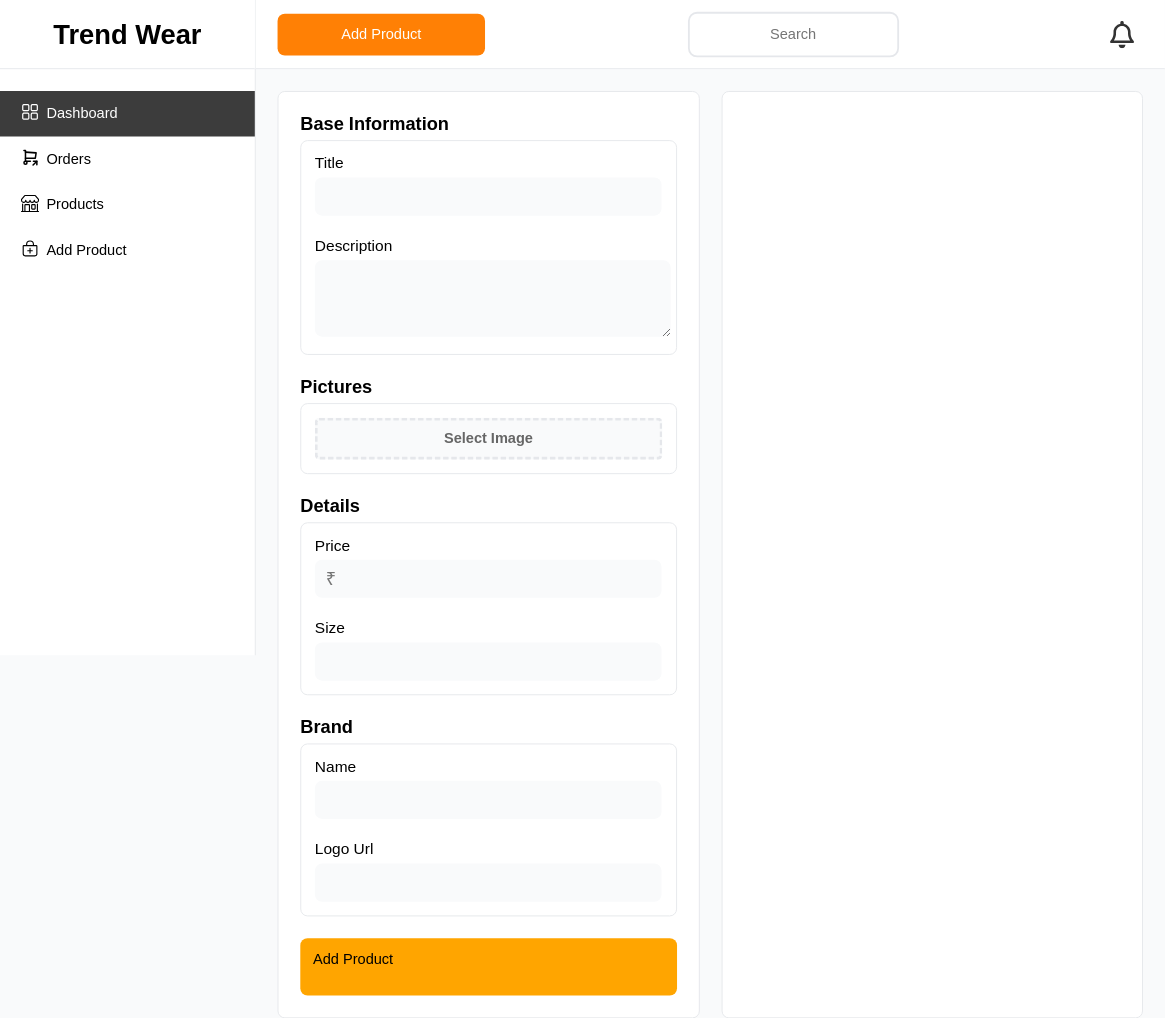
Repository: ahmad-dev7/TrendWear
Page: / (app in trend_wear_dashboard/)
The author's editor kept a copy of each file at every save. The page is drawn from the files as they stood at one save, then again after the next save.
The browser window is 1280 px wide. The pictures show the whole page, at 91% of full size.
The project was rebuilt for these pictures with package versions that can differ from the ones it lists, and the page was loaded fresh each time. Also part of the build but not shown: trend_wear_dashboard/vite.config.ts.

Above is the page before, as saved 2025-01-20 12:10:10.

### trend_wear_dashboard/index.html
<!doctype html>
<html lang="en">

<head>
  <meta charset="UTF-8" />
  <link rel="icon" type="image/svg+xml" href="/vite.svg" />
  <meta name="viewport" content="width=device-width, initial-scale=1.0" />
  <title>Trend Wear</title>
</head>

<body>
  <div id="root"></div>
  <script type="module" src="/src/main.tsx"></script>
</body>

</html>

### trend_wear_dashboard/src/main.tsx
import { StrictMode } from "react";
import { createRoot } from "react-dom/client";
//import "bootstrap/dist/css/bootstrap.css";
import "./App.css";
import App from "./App.tsx";

createRoot(document.getElementById("root")!).render(
  <StrictMode>
    <App />
  </StrictMode>
);

### trend_wear_dashboard/src/App.css
body {
    background-color: #F9FAFB;
    padding: 0;
    margin: 0;
    border-color: #e5e7eb;
    font-family: Arial, Helvetica, sans-serif;

}

#parent {
    display: flex;
}

### trend_wear_dashboard/src/App.tsx
import { useState } from "react";
import Body from "./Components/Body/Body";
import Navbar from "./Components/Navbar/Navbar";
import Sidebar from "./Components/Sidebar/Sidebar";
import AddProducts from "./Components/AddProduct/AddProduct";
//import Dashboard from "./Components/Dashboard/Dashboard";

function App() {
  const [body, setBody] = useState("Dashboard");

  console.log(body);

  return (
    <div id="parent">
      <Sidebar onSelectTab={setBody} />
      <div style={{ flex: 1 }}>
        <Navbar />
        <Body>
          <AddProducts />
        </Body>
      </div>
    </div>
  );
}

export default App;

### trend_wear_dashboard/src/Components/Body/Body.tsx
// Body.tsx
import "./Body.css";

interface Props {
  children: React.ReactNode;
}

const Body = ({ children }: Props) => {
  return <div id="body-content">{children}</div>;
};

export default Body;

### trend_wear_dashboard/src/Components/Navbar/Navbar.tsx
import "./Navbar.css";
import { FaRegBell } from "react-icons/fa6";

const Navbar = () => {
  return (
    <div>
      <div id="top-navbar">
        <div className="nav-item add-product-button">Add Product</div>
        <input className="nav-item" placeholder="Search" type="text" />
        <FaRegBell className="nav-item icon"></FaRegBell>
      </div>
    </div>
  );
};

export default Navbar;

### trend_wear_dashboard/src/Components/Sidebar/Sidebar.tsx
import "./Sidebar.css";
import { RxDashboard } from "react-icons/rx";
import { TbShoppingCartShare } from "react-icons/tb";
import { BsShop } from "react-icons/bs";
import { IoBagAddOutline } from "react-icons/io5";
import { useState } from "react";

interface Props {
  onSelectTab: (tab: string) => void;
}

interface Tabs {
  icon: JSX.Element;
  label: string;
}

const Sidebar = ({ onSelectTab }: Props) => {
  const tabs: Tabs[] = [
    { label: "Dashboard", icon: <RxDashboard size={20} /> },
    { label: "Orders", icon: <TbShoppingCartShare size={20} /> },
    { label: "Products", icon: <BsShop size={20} /> },
    { label: "Add Product", icon: <IoBagAddOutline size={20} /> },
  ];

  const [active, setTab] = useState("Dashboard");

  return (
    <div id="layout">
      <div id="sidebar">
        <div className="header">Trend Wear</div>
        <ul id="sidebar-content">
          {tabs.map((tab) => (
            <li
              key={tab.label}
              className={"tab " + (tab.label == active && "active")}
              onClick={() => {
                setTab(tab.label);
                onSelectTab(tab.label);
              }}
            >
              <div className="icon">{tab.icon}</div>
              <div className="label">{tab.label}</div>
            </li>
          ))}
        </ul>
      </div>
    </div>
  );
};

export default Sidebar;

### trend_wear_dashboard/src/Components/AddProduct/AddProduct.tsx
import "./AddProduct.css";
import ProductDetails from "./ProductDetails";
import ProductPreview from "./ProductPreview";
const AddProduct = () => {
  return (
    <div className="parent">
      <div className="child details-container">
        <ProductDetails />
      </div>

      <div className="child preview-container">
        <ProductPreview />
      </div>
    </div>
  );
};

export default AddProduct;

### trend_wear_dashboard/src/Components/Body/Body.css
#body-content {
    display: flex;
    flex-direction: column;
    margin: 24px;
    height: 100vh;
    width: calc(100% - 48px);
    box-sizing: border-box;
}

### trend_wear_dashboard/src/Components/Navbar/Navbar.css
#top-navbar {
    display: flex;
    justify-content: space-between;
    align-items: center;
    /* padding: 0 24px; */
    background-color: white;
    height: 75px;
    width: 100%;
    border-bottom: 1px solid #e5e7eb;
}

.nav-item {
    font-size: 16px;
    color: #333;
    text-align: center;
    width: 200px;
    border-radius: 8px;
    padding: 14px;
    text-decoration: none;
}

.add-product-button {
    color: white;
    margin-left: 24px;
    background-color: #ff8005;
}

#top-navbar input {
    border: none;
    outline: 2px solid #e5e7eb;
    flex-grow: 1;
    max-width: 200px;
}

#top-navbar .icon {
    height: 30px;
    width: 30px;
    margin-right: 24px;
}

### trend_wear_dashboard/src/Components/Sidebar/Sidebar.css
/* Sidebar.css */
#sidebar {
    background-color: white;
    width: 280px;
    height: 100vh;
    border-right: 1px solid #e5e7eb;
}

#sidebar .header {
    display: flex;
    justify-content: center;
    align-items: center;
    height: 75px;
    font-size: 30px;
    font-weight: bold;
    background-color: white;
    text-align: center;
    border-bottom: 1px solid #e5e7eb;
}

#sidebar-content {
    list-style-type: none;
    margin-top: 24px;
    padding: 0;
    cursor: pointer;
}

#sidebar-content .tab {
    height: 50px;
    color: black;
    display: flex;
    align-items: center;
    padding-left: 15px;
}

.icon {
    padding: 8px;
}

#sidebar-content .active {
    background-color: #3c3c3c;
    color: white;
}

#sidebar-content .tab:hover:not(.active) {
    background-color: #e5e7eb;
}

### trend_wear_dashboard/src/Components/AddProduct/AddProduct.css
/* AddProduct.css */
.parent {
    display: flex;
    width: 100%;
    gap: 24px;
    box-sizing: border-box;
}

.child {
    flex: 1;
    text-align: center;
    background-color: white;
    border: 1px solid #e5e7eb;
    border-radius: 8px;
}

.preview-container {
    height: 300px5
}

#submit-product-button {
    padding: 14px;
    height: 35px;
    background-color: orange;
    border-radius: 8px;
}

### trend_wear_dashboard/src/Components/AddProduct/ProductDetails.tsx
import "./ProductDetails.css";
import Spacer from "../../Constants/Spacer";
import DetailsSectionContainer from "../../Constants/ProductDetailSection/DetailsSectionContainer";
import LabeledInputField from "../../Constants/LabeledInputField/LabeledInputField";
import LabeledTextArea from "../../Constants/LabeledInputField/LabeledTextarea";
import AddImage from "../../Constants/AddImage/AddImage";

const ProductDetails = () => {
  return (
    <>
      <div className="product-detail-container">
        <DetailsSectionContainer heading="Base Information">
          <LabeledInputField>Title</LabeledInputField>
          <Spacer height="24px" />
          <LabeledTextArea>Description</LabeledTextArea>
        </DetailsSectionContainer>
        <Spacer height="24px" />

        <DetailsSectionContainer heading="Pictures">
          <AddImage />
        </DetailsSectionContainer>
        <Spacer height="24px" />
        <DetailsSectionContainer heading="Details">
          <LabeledInputField placeHolder="₹">Price</LabeledInputField>
          <Spacer height="24px" />
          <LabeledInputField>Size</LabeledInputField>
        </DetailsSectionContainer>

        <Spacer height="24px" />
        <DetailsSectionContainer heading="Brand">
          <LabeledInputField>Name</LabeledInputField>
          <Spacer height="24px" />
          <LabeledInputField>Logo Url</LabeledInputField>
        </DetailsSectionContainer>
        <Spacer height="24px" />
        <div id="submit-product-button">Add Product</div>
      </div>
    </>
  );
};

export default ProductDetails;

### trend_wear_dashboard/src/Components/AddProduct/ProductPreview.tsx
const ProductPreview = () => {
  return <div> </div>;
};

export default ProductPreview;

### trend_wear_dashboard/src/Components/AddProduct/ProductDetails.css
.product-detail-container {
    margin: 0px;
    padding: 24px;
    text-align: start;
}

/* Parent container to hold the items in a row */
.picture-container-parent {
    display: flex;
    /* Enable flexbox */
    justify-content: space-between;
    /* Optional: space between items, adjust as needed */
    gap: 16px;
    /* Optional: adds space between items */
}

/* Style for each img-container */
.img-container {
    flex: 1;
    /* Adjust width as needed */
    height: 100px;
    /* Adjust height as needed */
    background-color: #e5e7eb;
    /* Optional: background color */
    border-radius: 8px;
    display: flex;
    align-items: center;
    text-align: center;
    justify-content: center;
}

.picture-container-parent .add-more {
    border: dashed 2px #e5e7eb;

}

### trend_wear_dashboard/src/Constants/Spacer.tsx
interface Props {
  height?: string;
  width?: string;
}

const Spacer = ({ height = "0px", width = "0px" }: Props) => {
  return <div style={{ height: height, width: width }}></div>;
};

export default Spacer;

### trend_wear_dashboard/src/Constants/ProductDetailSection/DetailsSectionContainer.tsx
import "./ProductDetailSection.css";

interface Props {
  children: React.ReactNode;
  heading: string;
}

const DetailsSectionContainer = ({ children, heading }: Props) => {
  return (
    <>
      <p id="details-section-container-heading">{heading}</p>
      <div id="details-section-container">{children}</div>
    </>
  );
};

export default DetailsSectionContainer;

### trend_wear_dashboard/src/Constants/LabeledInputField/LabeledInputField.tsx
import "./LabeledInputField.css";
interface Props {
  children: React.ReactNode;
  placeHolder?: string;
}

const LabeledInputField = ({ placeHolder, children }: Props) => {
  return (
    <>
      <p id="input-field-label">{children}</p>

      <input placeholder={placeHolder} id="input-field" type="text" />
    </>
  );
};

export default LabeledInputField;

### trend_wear_dashboard/src/Constants/LabeledInputField/LabeledTextarea.tsx
interface Props {
  children: React.ReactNode;
}

const LabeledTextArea = ({ children }: Props) => {
  return (
    <>
      <p id="input-field-label">{children}</p>
      <textarea id="input-field-textarea" />
    </>
  );
};

export default LabeledTextArea;

### trend_wear_dashboard/src/Constants/AddImage/AddImage.tsx
import React, { useState } from "react";

interface ImagePreview {
  id: string;
  url: string;
}

const AddImage: React.FC = () => {
  const [images, setImages] = useState<ImagePreview[]>([]);

  const handleImageChange = (e: React.ChangeEvent<HTMLInputElement>) => {
    const files = e.target.files;
    if (!files) return;

    const newImages: ImagePreview[] = Array.from(files).map((file) => ({
      id: URL.createObjectURL(file), // Temporary unique identifier
      url: URL.createObjectURL(file),
    }));

    setImages((prevImages) => [...prevImages, ...newImages]);
  };

  const handleRemoveImage = (id: string) => {
    setImages((prevImages) => prevImages.filter((image) => image.id !== id));
  };

  return (
    <div className="picture-container-parent" style={styles.parent}>
      {images.map((image) => (
        <div key={image.id} style={styles.previewContainer}>
          <img src={image.url} alt="preview" style={styles.imagePreview} />
          <button
            onClick={() => handleRemoveImage(image.id)}
            style={styles.removeButton}
          >
            ✕
          </button>
        </div>
      ))}
      <div style={styles.inputContainer}>
        <label style={styles.inputLabel}>
          Select Image
          <input
            type="file"
            accept="image/*"
            multiple
            onChange={handleImageChange}
            style={styles.input}
          />
        </label>
      </div>
    </div>
  );
};

const styles = {
  parent: {
    display: "flex",
    flexWrap: "wrap",
    gap: "10px", // Gap between the items
    alignItems: "center",
    justifyContent: "flex-start", // Align items to the start of the row
  },
  inputContainer: {
    width: "100%",
    height: "40px",
    backgroundColor: "#F9FAFB",
    border: "3px dashed #e5e7eb",
    borderRadius: "5px",
    display: "flex",
    justifyContent: "center",
    alignItems: "center",
    cursor: "pointer",
    position: "relative",
  },
  inputLabel: {
    width: "100%",
    height: "100%",
    display: "flex",
    justifyContent: "center",
    alignItems: "center",
    color: "#666",
    fontWeight: "bold",
  },
  input: {
    position: "absolute",
    opacity: 0,
    width: "100%",
    height: "100%",
    cursor: "pointer",
  },
  previewContainer: {
    position: "relative",
    width: "90px",
    height: "50px",
  },
  imagePreview: {
    width: "100%",
    height: "100%",
    objectFit: "cover",
    borderRadius: "5px",
    border: "1px solid #ccc",
  },
  removeButton: {
    position: "absolute",
    top: "-5px",
    right: "-5px",
    background: "#f00",
    color: "#fff",
    border: "none",
    borderRadius: "50%",
    width: "20px",
    height: "20px",
    cursor: "pointer",
    fontSize: "12px",
    display: "flex",
    justifyContent: "center",
    alignItems: "center",
  },
} as const;

export default AddImage;

### trend_wear_dashboard/src/Constants/ProductDetailSection/ProductDetailSection.css
#details-section-container-heading {
    margin: 0px;
    margin-bottom: 6px;
    font-size: 20px;
    font-weight: 700;
}

#details-section-container {
    border: 1px solid #e5e7eb;
    padding: 15px;
    background-color: white;
    border-radius: 8px;
}

### trend_wear_dashboard/src/Constants/LabeledInputField/LabeledInputField.css
#input-field-label {
    margin: 0px;
    font-size: 17px;
    font-weight: 500;
    margin-bottom: 5px;
}

#input-field,
#input-field-textarea {
    border: none;
    outline: none;
    width: calc(100% - 15px);
    height: 40px;
    font-size: 20px;
    border-radius: 8px;
    padding-left: 12px;
    background-color: #F9FAFB;
}

#input-field-textarea {
    height: 60px;
    padding: 12px;
}

After the next save:
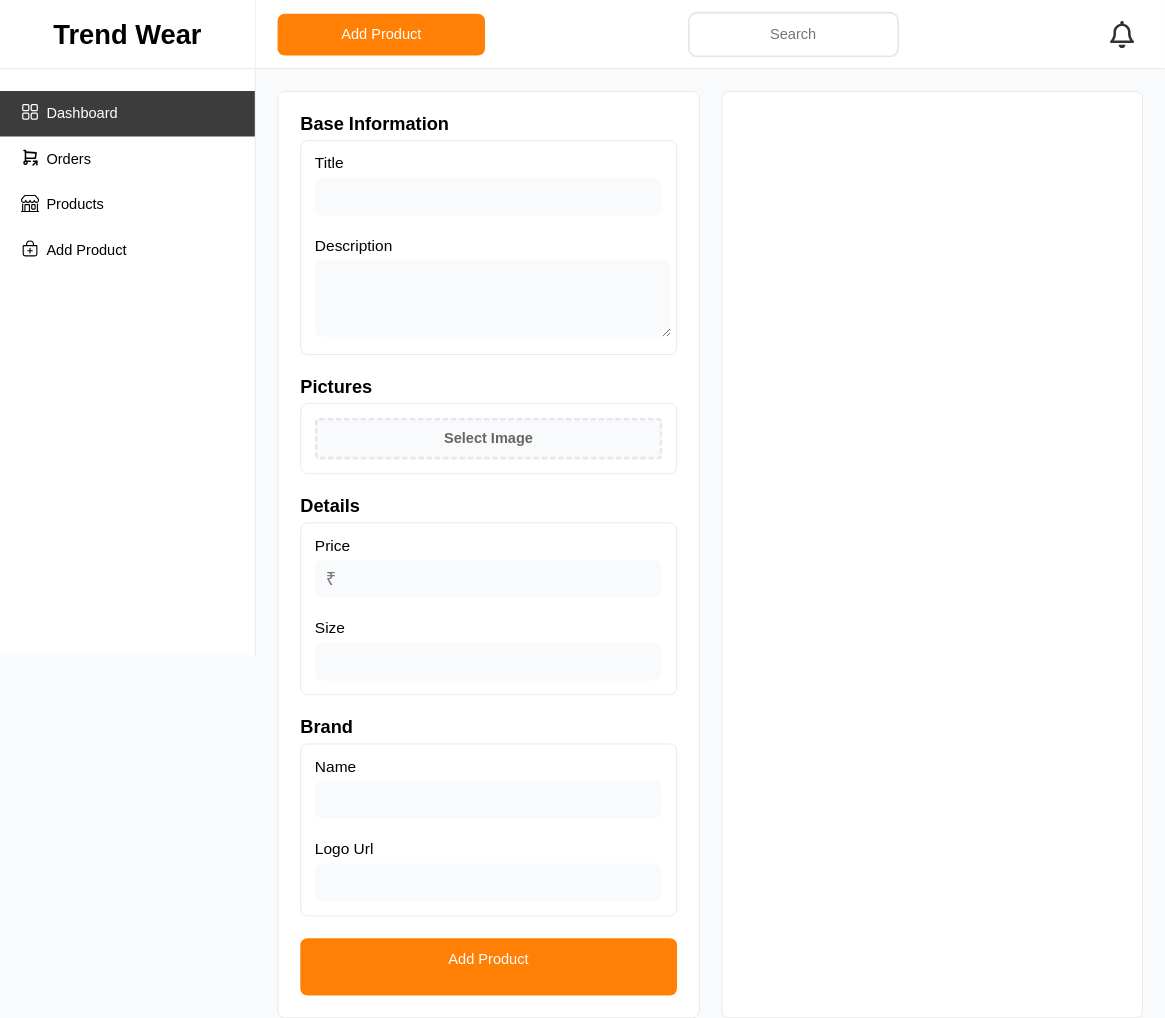
Saved 44 s later.
--- a/trend_wear_dashboard/src/Components/AddProduct/AddProduct.css
+++ b/trend_wear_dashboard/src/Components/AddProduct/AddProduct.css
@@ -21,6 +21,8 @@
 #submit-product-button {
     padding: 14px;
     height: 35px;
-    background-color: orange;
+    background-color: #ff8005;
+    text-align: center;
+    color: white;
     border-radius: 8px;
 }
